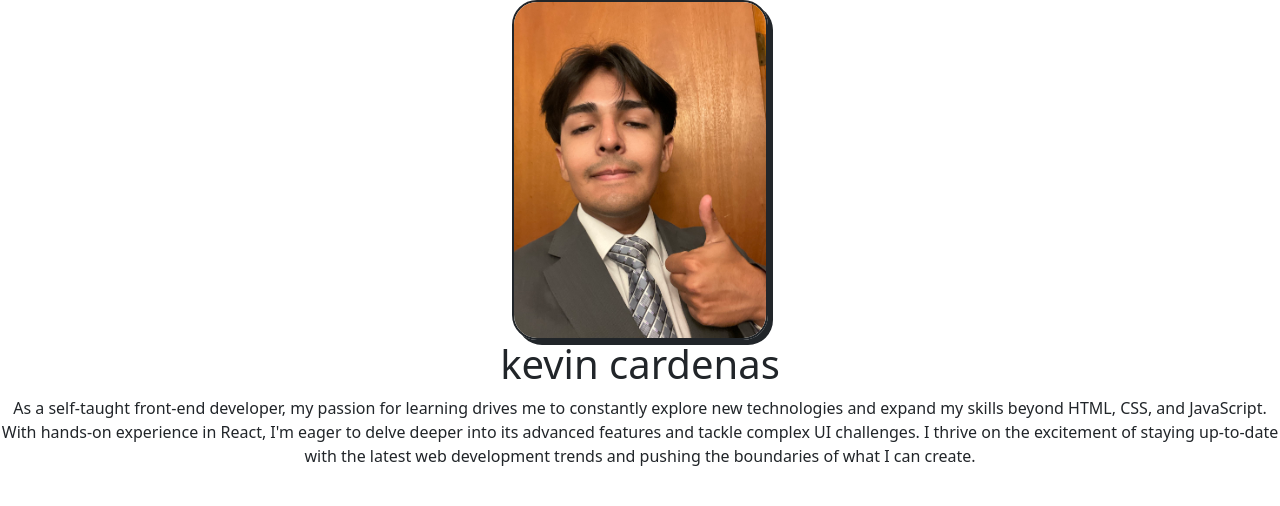
Repository: elqueben/elqueben.github.io
Page: public/index.html
The author's editor kept a copy of each file at every save. The page is drawn from the files as they stood at one save, then again after the next save.
The browser window is 1280 px wide. The pictures show the whole page.

Above is the page before, as saved 2023-06-20 11:47:26.

### public/index.html
<!DOCTYPE html>
<html lang="en">
<head>
  <meta charset="UTF-8">
  <meta name="viewport" content="width=device-width, initial-scale=1.0">
  <link rel="stylesheet" href="https://cdn.jsdelivr.net/npm/bootstrap@5.2.3/dist/css/bootstrap.min.css" integrity="sha384-rbsA2VBKQhggwzxH7pPCaAqO46MgnOM80zW1RWuH61DGLwZJEdK2Kadq2F9CUG65" crossorigin="anonymous">
  <link rel="stylesheet" href="styles.css">
  <title>Kevin Cardenas</title>
</head>
<body>
  <div>
    <img id="pfp" src="me.jpg" />
  </div>
  <h1 class="text-center">kevin cardenas</h1>
  <p class="text-center">As a self-taught front-end developer, my passion for learning drives me to constantly explore new technologies and expand my skills beyond HTML, CSS, and JavaScript. With hands-on experience in React, I'm eager to delve deeper into its advanced features and tackle complex UI challenges. I thrive on the excitement of staying up-to-date with the latest web development trends and pushing the boundaries of what I can create.</p>
</body>
</html>

### public/styles.css
#pfp {
    width: 20%;
    display: block;
    margin: 0 auto;
    border: 2px solid;
    border-radius: 25px;
    box-shadow: 5px 5px;
  }

After the next save:
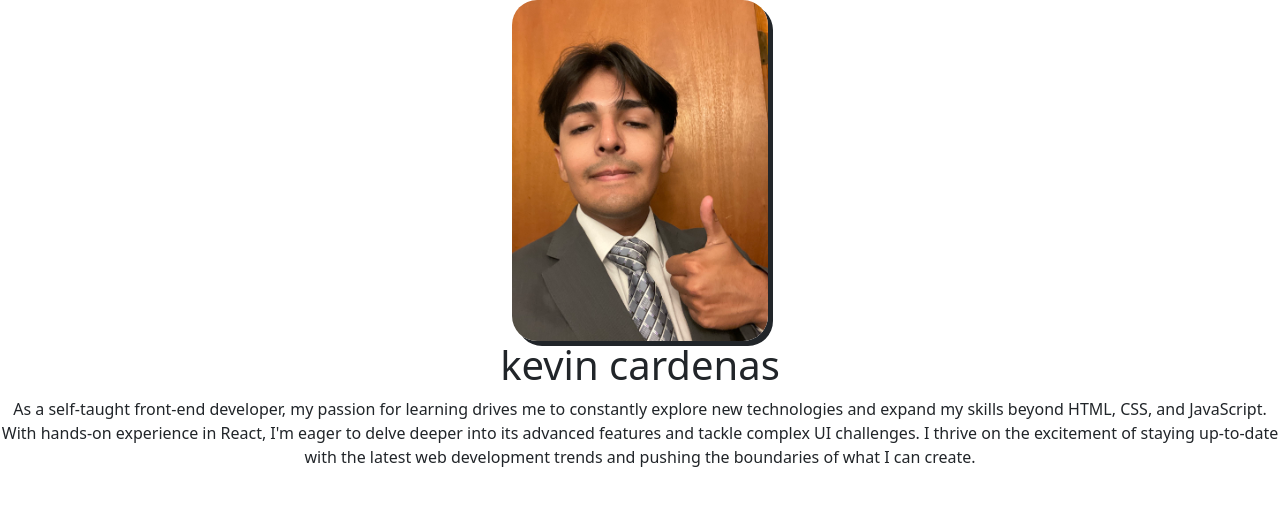
Saved 11 s later.
--- a/public/styles.css
+++ b/public/styles.css
@@ -2,7 +2,7 @@
     width: 20%;
     display: block;
     margin: 0 auto;
-    border: 2px solid;
+    border: 2px;
     border-radius: 25px;
     box-shadow: 5px 5px;
   }
